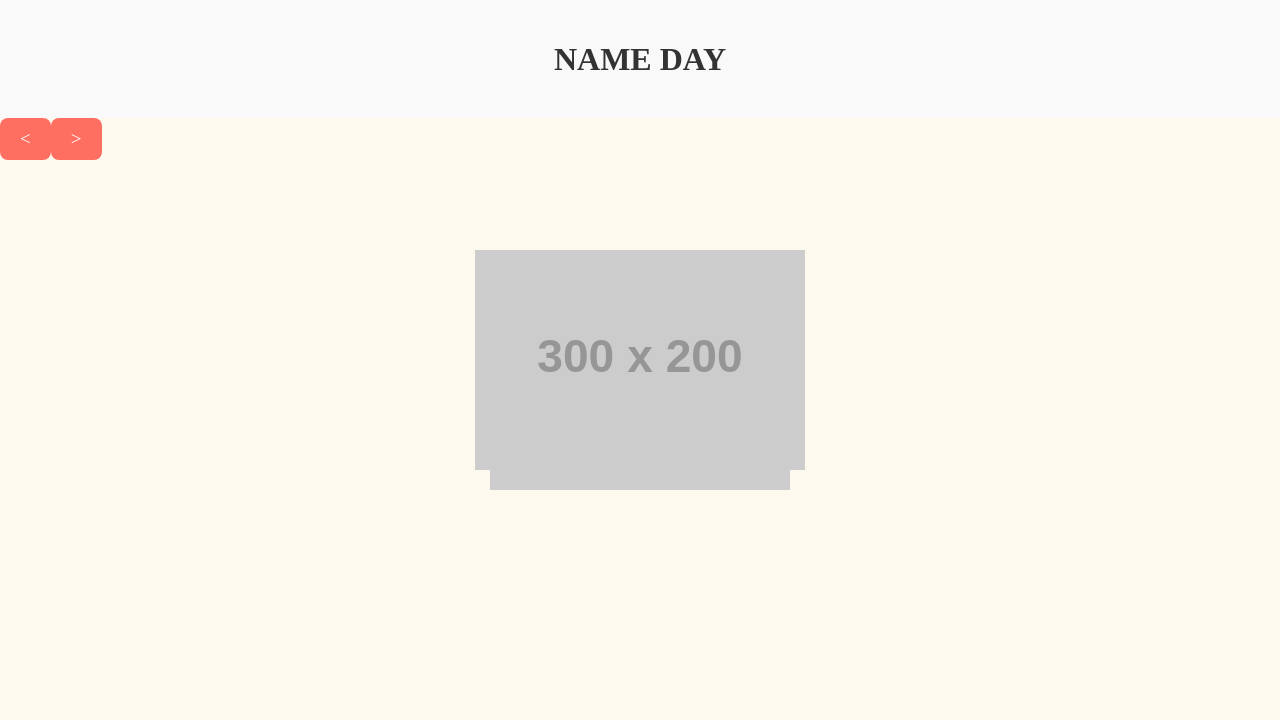
Repository: naps00/BIRTHDAY
Page: /details
An editor plug-in stored every save of this project. The page is shown before and after the next save, followed by the edit.
The browser window is 1280 px wide. The pictures show the whole page.
The project was rebuilt for these pictures with package versions that can differ from the ones it lists, and the page was loaded fresh each time.

Above is the page before, as saved 2024-12-12 03:50:39.

### src/App.js
import React, { useState } from 'react';
import { BrowserRouter as Router, Route, Routes, Link } from 'react-router-dom';
import './App.css';
import Details from './details.js'; // นำเข้า Details.js

function Home() {
  const [showModal, setShowModal] = useState(false);

  // เมื่อวีดีโอจบ ให้แสดง modal
  const handleVideoEnd = () => {
    setShowModal(true);
  };

  return (
    <div className="App">
      <div className="container">
        <div className="text-section" style={{ flex: 1, display: 'flex', flexDirection: 'column', justifyContent: 'center', alignItems: 'center', textAlign: 'center', height: '100vh', color: 'black', fontSize: 'calc(3vw + 0vh)', fontWeight: 'bold' }}>
          <h2>HAPPY BIRTHDAY !!</h2>
          <p>MY LOVE ♡ </p>
          <img src="https://img2.pic.in.th/pic/fc8c0bdfae313c2ffd700a21b05915d6-removebg-preview.png" alt="Happy Birthday Decoration" style={{width: '200px', height: '200PX' }} />
        </div>

        <div className="video-section">
          <video
            className="video-player"
            controls
            onEnded={handleVideoEnd}
          >
            <source src="https://v1.pinimg.com/videos/mc/720p/3d/2a/3c/3d2a3ca4078af4f14258938781ed5f8e.mp4" type="video/mp4" />
            Your browser does not support the video tag.
          </video>
        </div>
      </div>

      {/* Modal */}
      {showModal && (
        <div className="modal-backdrop">
          <div className="modal-content">
            <h2>Are you ready?</h2>
            {/* เปลี่ยนปุ่ม "ปิด" ให้เป็นลิงค์ไปยังหน้า /details */}
            <Link to="/details">
              <button className="pulse">GO !!</button>
            </Link>
          </div>
        </div>
      )}

      {/* เพิ่มอิโมจิที่วิ้งๆ */}
      <div className="emoji">🌟</div>
      <div className="emoji2">✨</div>
      <div className="emoji3">💕</div>

    </div>
  );
}

function App() {
  return (
    <Router>
      <Routes>
        <Route path="/" element={<Home />} />
        <Route path="/details" element={<Details />} /> {/* เพิ่มเส้นทางสำหรับหน้า /details */}
      </Routes>
    </Router>
  );
}

export default App;

### src/App.css
/* การจัด layout ของแอปพลิเคชัน */
.App {
  background-color: white;
  min-height: 100vh;
  display: flex;
  justify-content: center;
  align-items: center;
}

/* ส่วนที่ใช้จัด layout */
.container {
  display: flex;
  flex-direction: row; /* แบ่งพื้นที่ออกเป็น 2 ส่วน */
  width: 100%;
  height: 100vh;
}

/* ส่วนข้อความ */
.text-section {
  flex: 1;
  display: flex;
  flex-direction: column;
  justify-content: center;
  align-items: center;
  padding: 20px;
  background-color: #f9f9f9;
}

.text-section h1 {
  margin-bottom: 20px;
}

/* ส่วนวีดีโอ */
.video-section {
  flex: 1;
  display: flex;
  justify-content: center;
  align-items: center;
  background-color: #000;
}

.video-player {
  width: 100%; /* ให้วีดีโอเต็มความกว้าง */
  height: 100%; /* ให้วีดีโอเต็มความสูง */
  object-fit: cover; /* ปรับวีดีโอให้เต็มพื้นที่โดยไม่เสียสัดส่วน */

/* การแสดง modal */
}
.modal-backdrop {
  position: fixed;
  top: 0;
  left: 0;
  width: 100%;
  height: 100%;
  background: rgba(0, 0, 0, 0.7);
  display: flex;
  justify-content: center;
  align-items: center;
  z-index: 100; /* ทำให้ modal อยู่เหนือสิ่งอื่น */
  animation: fadeInPop 0.5s ease-out;
}

/* เพิ่ม z-index ให้ modal-content */
.modal-content {
  background: white;
  padding: 20px;
  border-radius: 10px;
  text-align: center;
  box-shadow: 0 2px 10px rgba(0, 0, 0, 0.3);
  animation: slideUp 0.3s ease-out;
  z-index: 101; /* ทำให้เนื้อหาของ modal อยู่เหนือ backdrop */
}

/* การแอนิเมชัน fade-in และ pop-up สำหรับ modal backdrop */
@keyframes fadeInPop {
  0% {
    opacity: 0;
    transform: scale(0.8);
  }
  100% {
    opacity: 1;
    transform: scale(1);
  }
}

body {
  font-family: 'Coiny', cursive;
  margin: 0;
  padding: 0;
  box-sizing: border-box;
  background-color: #fef9ef;
  color: #333;
}

h1, h2, p {
  font-family: 'Coiny', cursive; /* ฟอนต์ใหม่สำหรับข้อความ */
}

button {
  font-family: 'Coiny', cursive;
  font-size: 1.2rem;
  background-color: #ff6f61;
  color: #fff;
  padding: 10px 20px;
  border: none;
  border-radius: 8px;
  cursor: pointer;
  transition: background-color 0.3s ease, transform 0.3s ease;
}

button:hover {
  background-color: #ff3d3d;
  transform: scale(1.1);
}

/* การแอนิเมชัน slide-up สำหรับ modal content */
@keyframes slideUp {
  0% {
    transform: translateY(20px);
    opacity: 0;
  }
  100% {
    transform: translateY(0);
    opacity: 1;
  }
}

.modal-content h2 {
  margin-bottom: 20px;
}

.modal-content button {
  padding: 10px 20px;
  background-color: #007bff;
  color: white;
  border: none;
  border-radius: 5px;
  cursor: pointer;
  transition: transform 0.3s ease, background-color 0.3s ease;
}

/* เอฟเฟกต์เมื่อ hover ปุ่ม */
.modal-content button:hover {
  background-color: #0056b3;
  transform: scale(1.1); /* ขยายขนาดปุ่มเมื่อ hover */
}

/* เอฟเฟกต์การเต้นของปุ่ม */
@keyframes pulse {
  0% {
    transform: scale(1);
    opacity: 1;
  }
  50% {
    transform: scale(1.1);
    opacity: 0.8;
  }
  100% {
    transform: scale(1);
    opacity: 1;
  }
}

.pulse {
  animation: pulse 1.5s infinite;
}

/* อิโมจิวิ้งๆ */
.emoji {
  position: fixed;
  top: 30%;
  right: 50%;
  font-size: 30px;
  animation: smoothBounce 1.4s infinite;
  z-index: 50; /* ทำให้ไอคอนอิโมจิอยู่ใต้ modal */
}
.emoji2 {
  position: fixed;
  top: 18%;
  right: 97%;
  font-size: 30px;
  animation: smoothBounce 1.5s infinite;
  z-index: 50; /* ทำให้ไอคอนอิโมจิอยู่ใต้ modal */
}
.emoji3 {
  position: fixed;
  top: 63%;
  right: 65%;
  font-size: 50px;
  animation: smoothBounce 3s infinite;
  z-index: 50; /* ทำให้ไอคอนอิโมจิอยู่ใต้ modal */
}
/* การกระพิบ */
/* @keyframes fadeInOut {
  0%, 100% {
    opacity: 0;
  }
  50% {
    opacity: 1;
  }
}

.fade {
  animation: fadeInOut 1s infinite;
} */

/* การแอนิเมชันวิ้ง */
@keyframes smoothBounce {
  0%, 100% {
    transform: translateY(0);
    opacity: 1;
  }
  25% {
    transform: translateY(-1px);
    opacity: 1;
  }
  50% {
    transform: translateY(-1px);
    opacity: 1;
  }
  75% {
    transform: translateY(5px);
    opacity: 1;
  }
}


/* การแอนิเมชัน zoom-in */
@keyframes zoomIn {
  0% {
    transform: scale(0.8);
    opacity: 0;
  }
  100% {
    transform: scale(1);
    opacity: 1;
  }
}

.zoom-in {
  animation: zoomIn 0.4s ease-out;
}

/* เอฟเฟกต์ fade-in สำหรับเนื้อหาที่โหลด */
.fade-in {
  opacity: 0;
  animation: fadeIn 1s forwards;
}

@keyframes fadeIn {
  from {
    opacity: 0;
  }
  to {
    opacity: 1;
  }
}

### src/details.js
import React, { useState } from 'react';
import './details.css'; // สไตล์สำหรับ Card Stack

function Details() {
  const [currentIndex, setCurrentIndex] = useState(0);

  const images = [
    'https://via.placeholder.com/300x200?text=Image+1',
    'https://via.placeholder.com/300x200?text=Image+2',
    'https://via.placeholder.com/300x200?text=Image+3',
    'https://via.placeholder.com/300x200?text=Image+4'
  ];

  const handleNext = () => {
    setCurrentIndex((currentIndex + 1) % images.length);
  };

  const handlePrev = () => {
    setCurrentIndex((currentIndex - 1 + images.length) % images.length);
  };

  return (
    <div className="details-page">
      <div className="text-section">
        <h1>NAME DAY</h1>
      </div>

      <div className="card-stack">
        {images.map((src, index) => {
          const isActive = index === currentIndex;
          const zIndex = images.length - Math.abs(currentIndex - index); // ให้ active อยู่บนสุด
          const offset = (index - currentIndex) * 10; // ความเหลื่อมในแนวแกน Y

          return (
            <img
              key={index}
              src={src}
              alt={`Slide ${index + 1}`}
              className={`card ${isActive ? 'active' : ''}`}
              style={{
                zIndex: zIndex,
                transform: `translateY(${offset}px) scale(${isActive ? 1.1 : 1})`, // ซูมเล็กน้อยเมื่อ active
                position: 'absolute',
                left: '50%',
                top: '50%',
                transformOrigin: 'center',
                marginLeft: '-150px', // ครึ่งหนึ่งของความกว้าง
                marginTop: '-100px', // ครึ่งหนึ่งของความสูง
              }}
            />
          );
        })}
      </div>

      <div className="controls">
        <button onClick={handlePrev}>&lt;</button>
        <button onClick={handleNext}>&gt;</button>
      </div>
    </div>
  );
}

export default Details;

### src/details.css
import React, { useState } from 'react';
import './details.css';
function Details() {
  const [currentIndex, setCurrentIndex] = useState(0);

  const images = [
    'https://via.placeholder.com/300x200?text=Image+1',
    'https://via.placeholder.com/300x200?text=Image+2',
    'https://via.placeholder.com/300x200?text=Image+3',
    'https://via.placeholder.com/300x200?text=Image+4'
  ];

  const handleNext = () => {
    setCurrentIndex((currentIndex + 1) % images.length);
  };

  const handlePrev = () => {
    setCurrentIndex((currentIndex - 1 + images.length) % images.length);
  };

  return (
    <div className="details-page">
      <div className="text-section">
        <h1>NAME DAY</h1>
      </div>

      <div className="card-stack">
        {images.map((src, index) => {
          const isActive = index === currentIndex;
          const zIndex = images.length - Math.abs(currentIndex - index); // ลำดับของการซ้อน
          const offsetX = (index - currentIndex) * 20; // ความเหลื่อมในแกน X
          const offsetY = (index - currentIndex) * 10; // ความเหลื่อมในแกน Y
          const rotation = (index - currentIndex) * 5; // หมุนเล็กน้อย

          return (
            <img
              key={index}
              src={src}
              alt={`Slide ${index + 1}`}
              className={`card ${isActive ? 'active' : ''}`}
              style={{
                zIndex: zIndex,
                transform: `translate(${offsetX}px, ${offsetY}px) rotate(${rotation}deg) scale(${isActive ? 1.1 : 1})`,
                position: 'absolute',
                left: '50%',
                top: '50%',
                transformOrigin: 'center',
                marginLeft: '-150px', // ครึ่งหนึ่งของความกว้าง
                marginTop: '-100px', // ครึ่งหนึ่งของความสูง
              }}
            />
          );
        })}
      </div>

      <div className="controls">
        <button onClick={handlePrev}>&lt;</button>
        <button onClick={handleNext}>&gt;</button>
      </div>
    </div>
  );
}

export default Details;

Loaded but not shown: public/index.html (common file); src/index.js (common file); src/index.css (common file); src/reportWebVitals.js (common file)

After the next save:
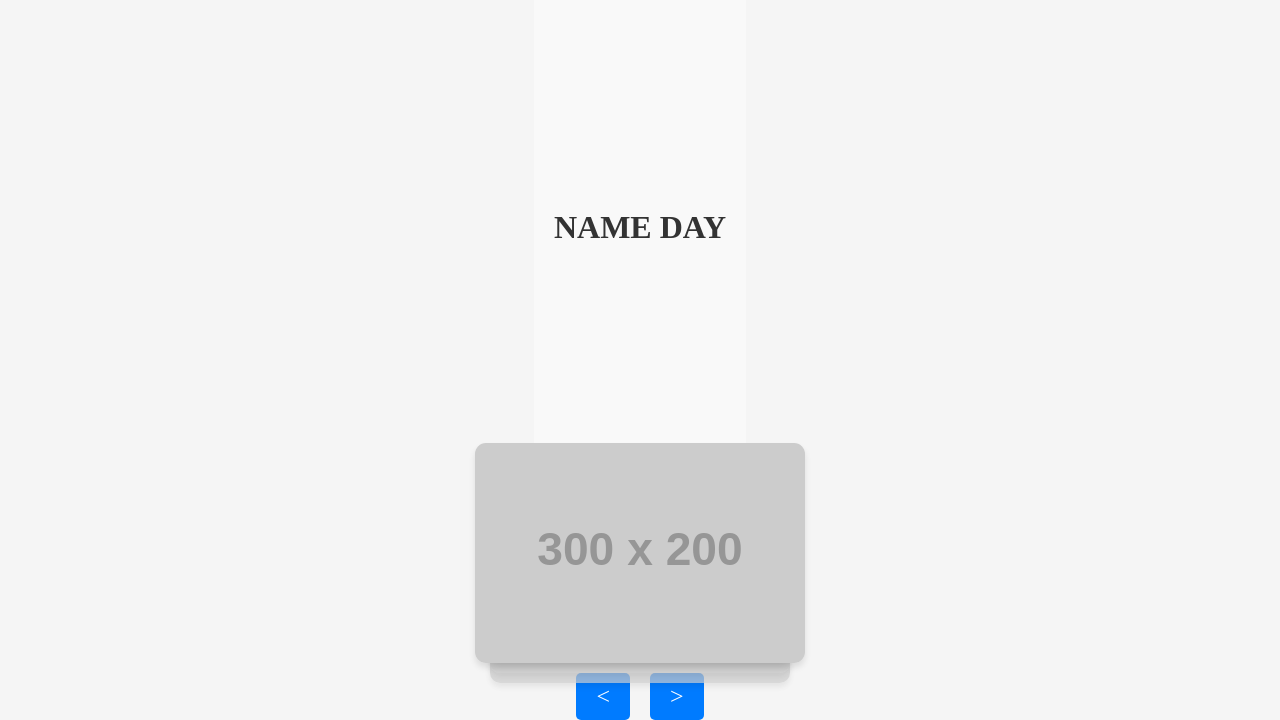
Saved 56 s later.
--- a/src/details.css
+++ b/src/details.css
@@ -1,64 +1,52 @@
-import React, { useState } from 'react';
-import './details.css';
-function Details() {
-  const [currentIndex, setCurrentIndex] = useState(0);
-
-  const images = [
-    'https://via.placeholder.com/300x200?text=Image+1',
-    'https://via.placeholder.com/300x200?text=Image+2',
-    'https://via.placeholder.com/300x200?text=Image+3',
-    'https://via.placeholder.com/300x200?text=Image+4'
-  ];
-
-  const handleNext = () => {
-    setCurrentIndex((currentIndex + 1) % images.length);
-  };
-
-  const handlePrev = () => {
-    setCurrentIndex((currentIndex - 1 + images.length) % images.length);
-  };
-
-  return (
-    <div className="details-page">
-      <div className="text-section">
-        <h1>NAME DAY</h1>
-      </div>
-
-      <div className="card-stack">
-        {images.map((src, index) => {
-          const isActive = index === currentIndex;
-          const zIndex = images.length - Math.abs(currentIndex - index); // ลำดับของการซ้อน
-          const offsetX = (index - currentIndex) * 20; // ความเหลื่อมในแกน X
-          const offsetY = (index - currentIndex) * 10; // ความเหลื่อมในแกน Y
-          const rotation = (index - currentIndex) * 5; // หมุนเล็กน้อย
-
-          return (
-            <img
-              key={index}
-              src={src}
-              alt={`Slide ${index + 1}`}
-              className={`card ${isActive ? 'active' : ''}`}
-              style={{
-                zIndex: zIndex,
-                transform: `translate(${offsetX}px, ${offsetY}px) rotate(${rotation}deg) scale(${isActive ? 1.1 : 1})`,
-                position: 'absolute',
-                left: '50%',
-                top: '50%',
-                transformOrigin: 'center',
-                marginLeft: '-150px', // ครึ่งหนึ่งของความกว้าง
-                marginTop: '-100px', // ครึ่งหนึ่งของความสูง
-              }}
-            />
-          );
-        })}
-      </div>
-
-      <div className="controls">
-        <button onClick={handlePrev}>&lt;</button>
-        <button onClick={handleNext}>&gt;</button>
-      </div>
-    </div>
-  );
+.details-page {
+  display: flex;
+  flex-direction: column;
+  align-items: center;
+  justify-content: center;
+  height: 100vh;
+  background-color: #f5f5f5;
 }
 
-export default Details;
+.text-section h1 {
+  font-size: 2rem;
+  margin-bottom: 20px;
+}
+
+.card-stack {
+  position: relative;
+  width: 300px;
+  height: 200px;
+}
+
+.card {
+  width: 300px;
+  height: 200px;
+  border-radius: 10px;
+  box-shadow: 0 4px 6px rgba(0, 0, 0, 0.1);
+  transition: transform 0.3s ease, opacity 0.3s ease;
+  opacity: 0.7; /* ทำให้ภาพที่ไม่ active โปร่งแสง */
+}
+
+.card.active {
+  opacity: 1; /* ทำให้ภาพ active ชัดเจน */
+}
+
+.controls {
+  margin-top: 20px;
+}
+
+.controls button {
+  font-size: 1.5rem;
+  margin: 0 10px;
+  padding: 10px 20px;
+  border: none;
+  background-color: #007bff;
+  color: white;
+  border-radius: 5px;
+  cursor: pointer;
+  transition: background-color 0.2s;
+}
+
+.controls button:hover {
+  background-color: #0056b3;
+}
